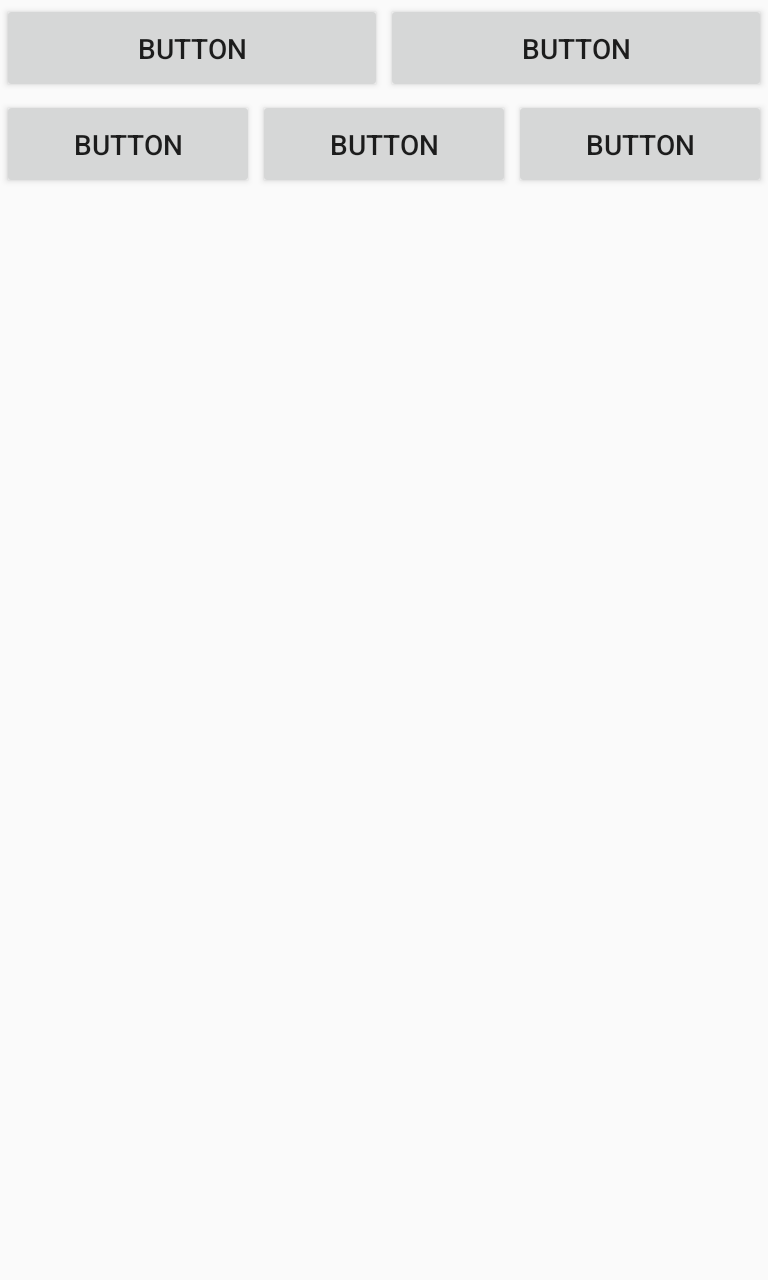
Repository: adarshnair13/my-project
Layout: example1/res/layout/activity_main.xml
An editor plug-in stored every save of this project. The layout is shown before and after the next save, followed by the edit.
It is drawn on a 768 x 1280 px phone screen (xhdpi) without system bars, with theme AppTheme; the app's code is not run.

Above is the layout before, as saved 2015-02-01 21:06:53.

### example1/res/layout/activity_main.xml
<LinearLayout xmlns:android="http://schemas.android.com/apk/res/android"
    xmlns:tools="http://schemas.android.com/tools"
    android:id="@+id/LinearLayout2"
    android:layout_width="match_parent"
    android:layout_height="match_parent"
    android:orientation="vertical"
    tools:context="com.adarsh.example1.MainActivity" >

    <LinearLayout
        android:layout_width="match_parent"
        android:layout_height="wrap_content"
        android:weightSum="2.0" >

        <Button
            android:id="@+id/button1"
            style="?android:attr/buttonStyleSmall"
            android:layout_width="wrap_content"
            android:layout_height="wrap_content"
            android:layout_weight="1.0"
            android:text="Button" />

        <Button
            android:id="@+id/button2"
            style="?android:attr/buttonStyleSmall"
            android:layout_width="wrap_content"
            android:layout_height="wrap_content"
            android:layout_weight="1.0"
            android:text="Button" />
    </LinearLayout>

    <LinearLayout
        android:layout_width="match_parent"
        android:layout_height="wrap_content"
        android:weightSum="3.0" >

        <Button
            android:id="@+id/button3"
            style="?android:attr/buttonStyleSmall"
            android:layout_width="wrap_content"
            android:layout_height="wrap_content"
            android:layout_weight="1.0"
            android:text="Button" />

        <Button
            android:id="@+id/button4"
            style="?android:attr/buttonStyleSmall"
            android:layout_width="wrap_content"
            android:layout_height="wrap_content"
            android:layout_weight="1.0"
            android:text="Button" />

        <Button
            android:id="@+id/button5"
            style="?android:attr/buttonStyleSmall"
            android:layout_width="wrap_content"
            android:layout_height="wrap_content"
            android:layout_weight="1.0"
            android:text="Button" />
    </LinearLayout>

</LinearLayout>

Loaded but not shown: example1/res/values/styles.xml (common file); example1/res/values-v11/styles.xml (common file); example1/res/values-v14/styles.xml (common file)

After the next save:
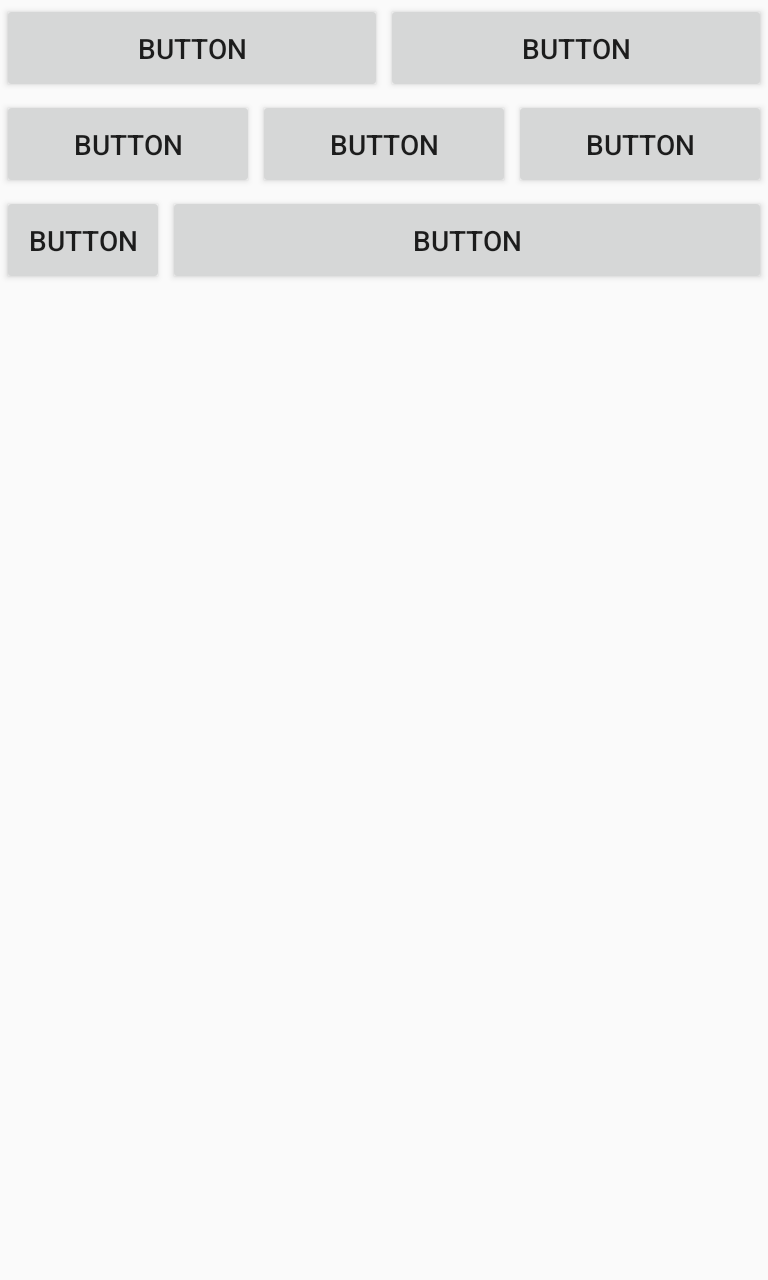
Saved 8 min 34 s later.
--- a/example1/res/layout/activity_main.xml
+++ b/example1/res/layout/activity_main.xml
@@ -58,4 +58,27 @@
             android:text="Button" />
     </LinearLayout>
 
+    <LinearLayout
+        android:layout_width="match_parent"
+        android:layout_height="wrap_content"
+        android:weightSum="50.0" >
+
+        <Button
+            android:id="@+id/button6"
+            style="?android:attr/buttonStyleSmall"
+            android:layout_width="wrap_content"
+            android:layout_height="wrap_content"
+            android:layout_weight="1.0"
+            android:text="Button" />
+
+        <Button
+            android:id="@+id/button7"
+            style="?android:attr/buttonStyleSmall"
+            android:layout_width="wrap_content"
+            android:layout_height="wrap_content"
+            android:layout_weight="49.0"
+            android:text="Button" />
+
+    </LinearLayout>
+
 </LinearLayout>
